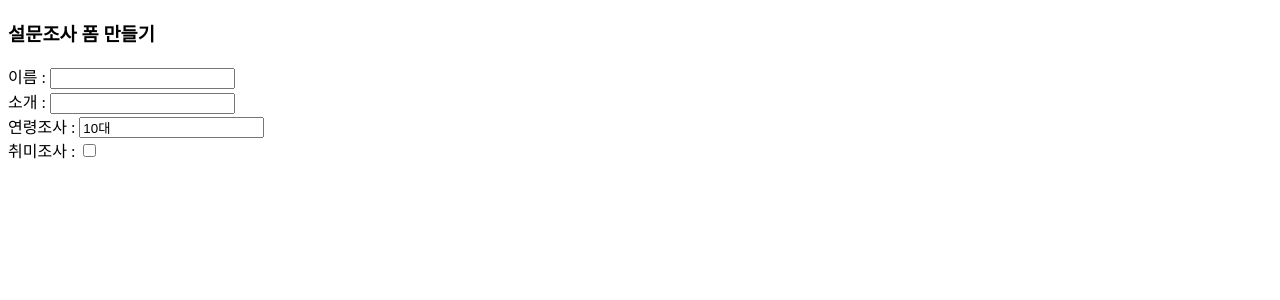
Repository: KimJaeHwan98/tomcat01
Page: http://localhost/3_req_res/quiz/ex01_form.jsp
These files come from the project's save history. The page is drawn as it stood at one moment and after the next save; the edit follows.
The browser window is 1280 px wide. The pictures show the whole page.
The page is served by Tomcat 9.

Above is the page before, as saved 2024-04-29 06:03:08.

After the next save:
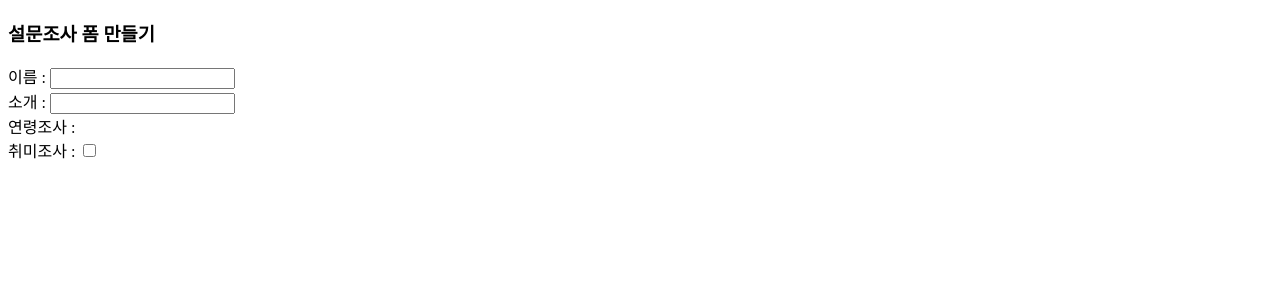
Saved 60 s later.
--- a/3_req_res/src/main/webapp/quiz/ex01_form.jsp
+++ b/3_req_res/src/main/webapp/quiz/ex01_form.jsp
@@ -15,7 +15,9 @@
 
 소개 : <input type = "text" name ="a2"><br>
 
-연령조사 : <input type = "fildset" name = "a3" value="10대"><br>
+연령조사 : <fildset 연령조사>
+
+		</fildset> <br>
 
 취미조사 : <input type = "checkbox" name = "a4">
 
